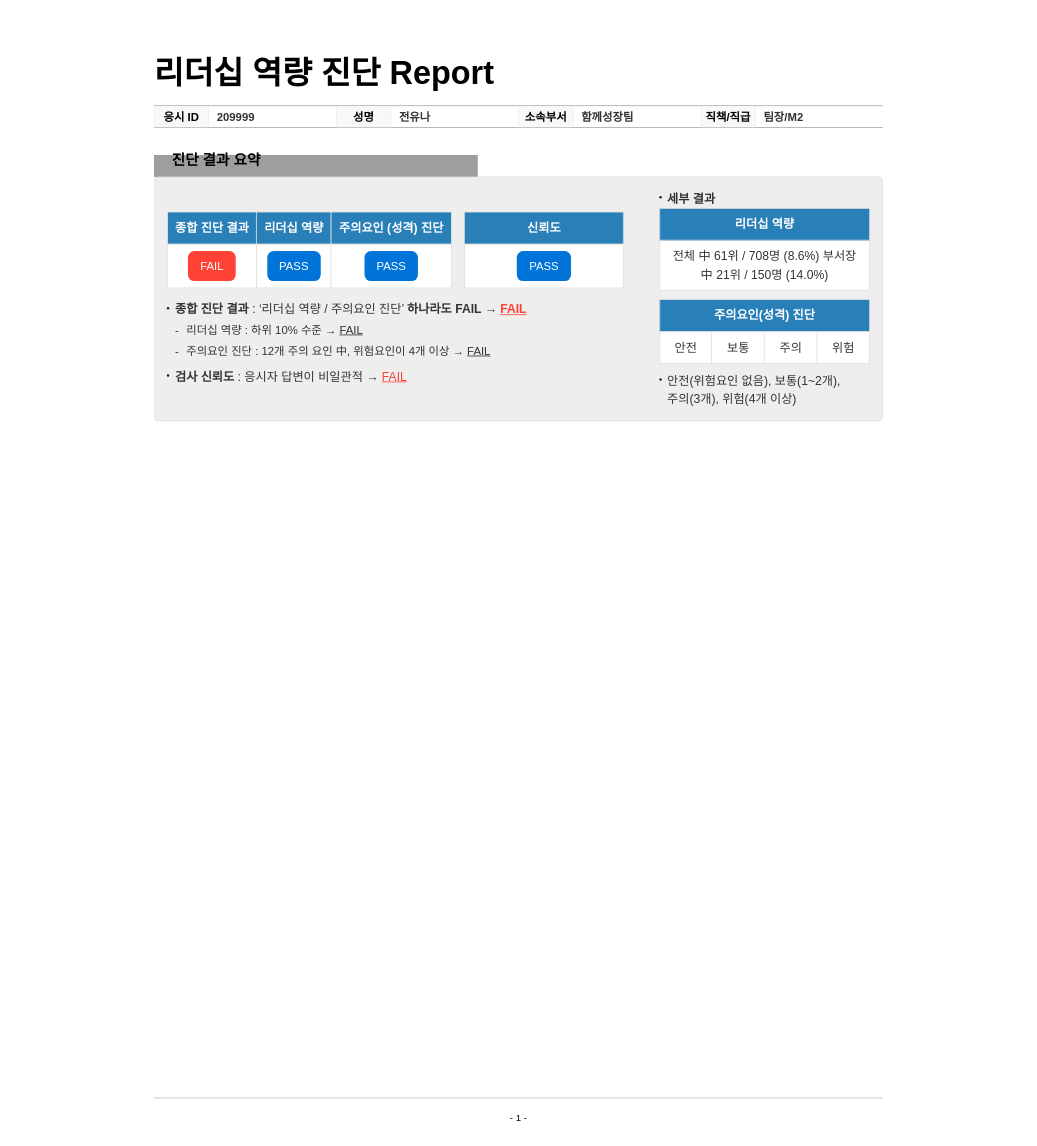
Repository: richosj/report
Page: index.html
An editor plug-in stored every save of this project. The page is shown before and after the next save, followed by the edit.
The browser window is 1280 px wide. The pictures show the whole page, at 81% of full size.
Pictures or frames that could not be fetched are drawn as grey boxes. Some web fonts or font styles are not loaded; a fallback is used. The style sheet was rebuilt from its Sass, Less or Tailwind sources for each picture, by a compiler version that may differ from the author's.

Above is the page before, as saved 2024-09-21 22:12:28.

### index.html
<!DOCTYPE html>
<!-- saved from url=(0068)https://hrms.wiselection.com/tools/project/write/personal_report.asp -->
<html xmlns="http://www.w3.org/1999/xhtml"><head><meta http-equiv="Content-Type" content="text/html; charset=UTF-8">

<meta http-equiv="Content-Script-Type" content="text/javascript">
<meta http-equiv="Content-Style-Type" content="text/css">
<title>개인레포트</title>
<link rel="stylesheet" href="https://cdn.jsdelivr.net/gh/orioncactus/pretendard/dist/web/static/pretendard.css" />
<link rel="stylesheet" href="./assets/default.css">
<link rel="stylesheet" href="./assets/common.css">
<link rel="stylesheet" href="./assets/style.css">
<script src="./assets/jquery.min.js"></script>
<script src="./assets/tools.common.js"></script>
<script src="./assets/waitMe.min.js"></script>
<script src="./assets/highcharts.js"></script>
<script src="./assets/highcharts-more.js"></script>
<script src="./assets/exporting.js"></script>
</head>
<body>
<div id="wrap">
    <!-- page 1 Start -->
    <div id="page_layout" data-page="1page">
        <div class="page_in">
            <header class="header" id="header">
                <div class="header_tit">
                    <h1 class="page_title">리더십 역량 진단 Report</h1>
                </div>
                <div class="header_infor">
					<dl><dt>응시 ID</dt><dd class="al_left">209999</dd></dl>
					<dl><dt>성명</dt><dd class="al_left">전유나</dd></dl>
					<dl><dt>소속부서</dt><dd class="al_left">함께성장팀</dd></dl>
					<dl><dt>직책/직급</dt><dd class="al_left">팀장/M2</dd></dl>
  				</div>
            </header>
            <!-- header -->
            <div id="container">
                <div class="section">
                    <h2 class="page_title2">진단 결과 요약</h2>

                    <div class="alert-bg alert-bg-gray page1-content1">
                        <div class="child1">
                            <div class="child1-1">
                                <table class="simple-table">
                                    <thead>
                                        <tr>
                                            <th>종합 진단 결과</th>
                                            <th>리더십 역량</th>
                                            <th>주의요인 (성격) 진단</th>
                                        </tr>
                                    </thead>
                                    <tbody>
                                        <tr>
                                            <td>
                                                <span class="badge badge-danger">FAIL</span>
                                            </td>
                                            <td>
                                                <span class="badge badge-primary">PASS</span>
                                            </td>
                                            <td>
                                                <span class="badge badge-primary">PASS</span>
                                            </td>
                                        </tr>
                                    </tbody>
                                </table>
                            </div>
                            <div class="child1-2">
                                <table class="simple-table">
                                    <thead>
                                        <tr>
                                            <th>신뢰도</th>
                                        </tr>
                                    </thead>
                                    <tbody>
                                        <tr>
                                            <td>
                                                <span class="badge badge-primary">PASS</span>
                                            </td>
                                        </tr>
                                    </tbody>
                                </table>
                            </div>

                            <div class="child1-3">
                                <ul class="list-round">
                                    <li><b>종합 진단 결과</b> : ‘리더십 역량 / 주의요인 진단’ <b>하나라도 FAIL → <span class="u color-danger">FAIL</span></b>
                                        <ul class="list-dash">
                                            <li>리더십 역량 : 하위 10% 수준 → <span class="u">FAIL</span></li>
                                            <li>주의요인 진단 : 12개 주의 요인 中, 위험요인이 4개 이상 → <span class="u">FAIL</span></li>
                                        </ul>
                                    </li>
                                    <li><b>검사 신뢰도</b> : 응시자 답변이 비일관적 → <span class="u color-danger">FAIL</span></li>
                                </ul>
                            </div>

                        </div>
                        <div class="child2">
                            <h3 class="page-title3">세부 결과</h3>
                            <table class="simple-table">
                                <thead>
                                    <tr>
                                        <th>리더십 역량</th>
                                    </tr>
                                </thead>
                                <tbody>
                                    <tr>
                                        <td>
                                            전체 中 61위 / 708명 (8.6%)
                                        부서장 中 21위 / 150명 (14.0%)
                                        </td>
                                    </tr>
                                </tbody>
                            </table>

                            <table class="simple-table mt-10">
                                <thead>
                                    <tr>
                                        <th colspan="4">주의요인(성격) 진단</th>
                                    </tr>
                                </thead>
                                <tbody>
                                    <tr>
                                        <td>안전</td>
                                        <td class="active">보통</td>
                                        <td>주의</td>
                                        <td>위험</td>
                                    </tr>
                                </tbody>
                            </table>
                            <ul class="list-round mt-10">
                               <li>안전(위험요인 없음), 보통(1~2개), <br>주의(3개), 위험(4개 이상)</li>
                            </ul>
                        </div>
                    </div>

                </div>

            </div>
            <!-- container -->
            <div id="footer">
                <p>- 1 -</p>
            </div>
            <!-- page -->
        </div>
    </div>
    <!-- e: page_layout -->
</div>
<!-- e: wrap -->
</body>
</html>

### assets/default.css
@charset "utf-8";


/* defalut */
html, body, address, blockquote, div, dl, form, h1, h2, h3, h4, h5, h6, ol, p, pre, table, ul,
dd, dt, li, tbody, td, tfoot, th, thead, tr, button, del, ins, map, object,
a, abbr, acronym, b, bdo, big, br, cite, code, dfn, em, i, img, kbd, q, samp, small, span,
strong, sub, sup, tt, var, legend, fieldset {margin:0;padding:0;font-family:"Pretendard", Malgun Gothic,'malgun',"돋움",Dotum,Arial,sans-serif;}

dl,ul,li {list-style:none;line-height: 100%;}
img {/*max-width:100%;*/height:auto;vertical-align:top;border:0 none;}
table {border-collapse:collapse;border-spacing:0;}
caption {width:0px;height:0px;line-height:0;overflow:hidden;font-size:0px;visibility:hidden;}
fieldset {border:0 none;}

a {color:#333;text-decoration:none;}
a:hover {text-decoration:none;}
button {border:0 none;background:none;cursor:pointer;}

html,body {line-height:150%;font-size:14px;font-family: "Pretendard", Malgun Gothic,'malgun',"돋움",Dotum,Arial,sans-serif;color:#333;letter-spacing:0em;}

table,input,textarea,select,legend {
	font-family:"Pretendard", Malgun Gothic,'malgun',"돋움",Dotum,Arial,sans-serif;
	font-size:12px;color:#333;
}
pre {
	font-family:"Pretendard", Malgun Gothic,'malgun',"돋움",Dotum,Arial,sans-serif;
	font-size:14px;color:#333;
}
code {font:inherit;}
* { box-sizing: border-box; }

### assets/style.scss
@import url("./custom.css");

$primary: #0074d9;
$danger: #ff4136;
$gap: 15px;



.u{
    text-decoration: underline;
}

.color-danger{
    color: $danger;
}


/*  배경 */
.alert-bg{
    border-radius: 5px;
    padding: 15px;
    border: 1px solid #ddd;
    &-gray{
        background-color: #eee;
    }
}

.badge{
    display: inline-flex;
    align-items: center;
    justify-content: center;
    height: 37px;
    padding: 0 15px;
    border-radius: 8px;
    color: #fff;
    font-size: 14px;
    font-weight: 500;
    &-danger{
        background-color: $danger;
    }
    &-primary{
        background-color: $primary;
    }
}


table.simple-table {
    width: 100%;
    border-collapse: collapse;
    background-color: #fff;
}

table.simple-table th, table.simple-table td {
    border: 1px solid #ddd;
    padding: 8px;
    text-align: center;
    font-size: 15px;
}

table.simple-table th {
    background-color: #2980B9;
    color: white;
    font-size: 15px;
}

table.simple-table tr:nth-child(even) {
    background-color: #f2f2f2;
}
table.modern-table {
    width: 100%;
    border-collapse: collapse;
    box-shadow: 0 2px 5px rgba(0,0,0,0.15);
}

table.modern-table th, table.modern-table td {
    padding: 12px;
    border-bottom: 1px solid #ddd;
}

table.modern-table th {
    background-color: #34495E;
    color: white;
    font-weight: bold;
}

table.modern-table tr:nth-child(even) {
    background-color: #f9f9f9;
}


table.minimal-table {
    width: 100%;
    border: none;
    border-spacing: 0;
}

table.minimal-table th, table.minimal-table td {
    padding: 10px;
    text-align: left;
}

table.minimal-table tr:nth-child(even) {
    background-color: #f2f2f2;
}

table.minimal-table th {
    border-bottom: 2px solid #2980B9;
    font-size: 1.1rem;
}

.page-title3{
    position: relative;
    padding-left: 10px;
    line-height: 1.5;
    font-size: 15px;
    &::after{
        content:"";
        display: block;
        position: absolute;
        width: 3px;height: 3px;
        background-color: #1a1919;
        border-radius: 50%;
        left: 0;
        top: 8px;
    }
}

.list-round{
    > li{
        position: relative;
        padding-left: 10px;
        line-height: 1.5;
        font-size: 15px;
        &::after{
            content:"";
            display: block;
            position: absolute;
            width: 3px;height: 3px;
            background-color: #1a1919;
            border-radius: 50%;
            left: 0;
            top: 8px;
        }
        &:not(:first-child){
            margin-top: 10px;
        }
        .list-dash{
            margin-top: 4px;
        }
    }
}
.list-dash{
    > li{
        line-height: 1.5;
        position: relative;
        font-size: 14px;
        padding-left: 14px;
        &::after{
            content:"-";
            display: block;
            position: absolute;
            left: 0;
            top: 0;
        }
        &:not(:first-child){
            margin-top: 5px;
        }
    }
}

/* .page1-content1 */
.page1-content1{
    display: flex;
    align-items: center;
    justify-content: space-between;
    gap: 0 5%;
    .child1{
        display: flex;
        align-items: flex-start;
        gap: $gap;
        width: 65%;
        flex-wrap: wrap;
        .child1-1{
            width: calc(65% - $gap);
        }
        .child1-2{
            width: 35%;
        }
        .child1-3{
            width: 100%;
        }
    }
    .child2{
        width: 30%;
    }
}

### assets/custom.scss

.header_infor dl{
    dt{
        background-color: #f8f8f8;
        border-left: 1px solid #eee;
        border-right: 1px solid #eee;
    }
    dd{
        padding-left: 10px;
    }
}

.mt-10{margin-top: 10px;}

Loaded but not shown: assets/jquery.min.js (library); assets/waitMe.min.js (library); assets/highcharts.js (library); assets/highcharts-more.js (library); assets/exporting.js (library); assets/tools.common.js (1277 lines, source omitted); assets/common.css (849 lines, source omitted)

After the next save:
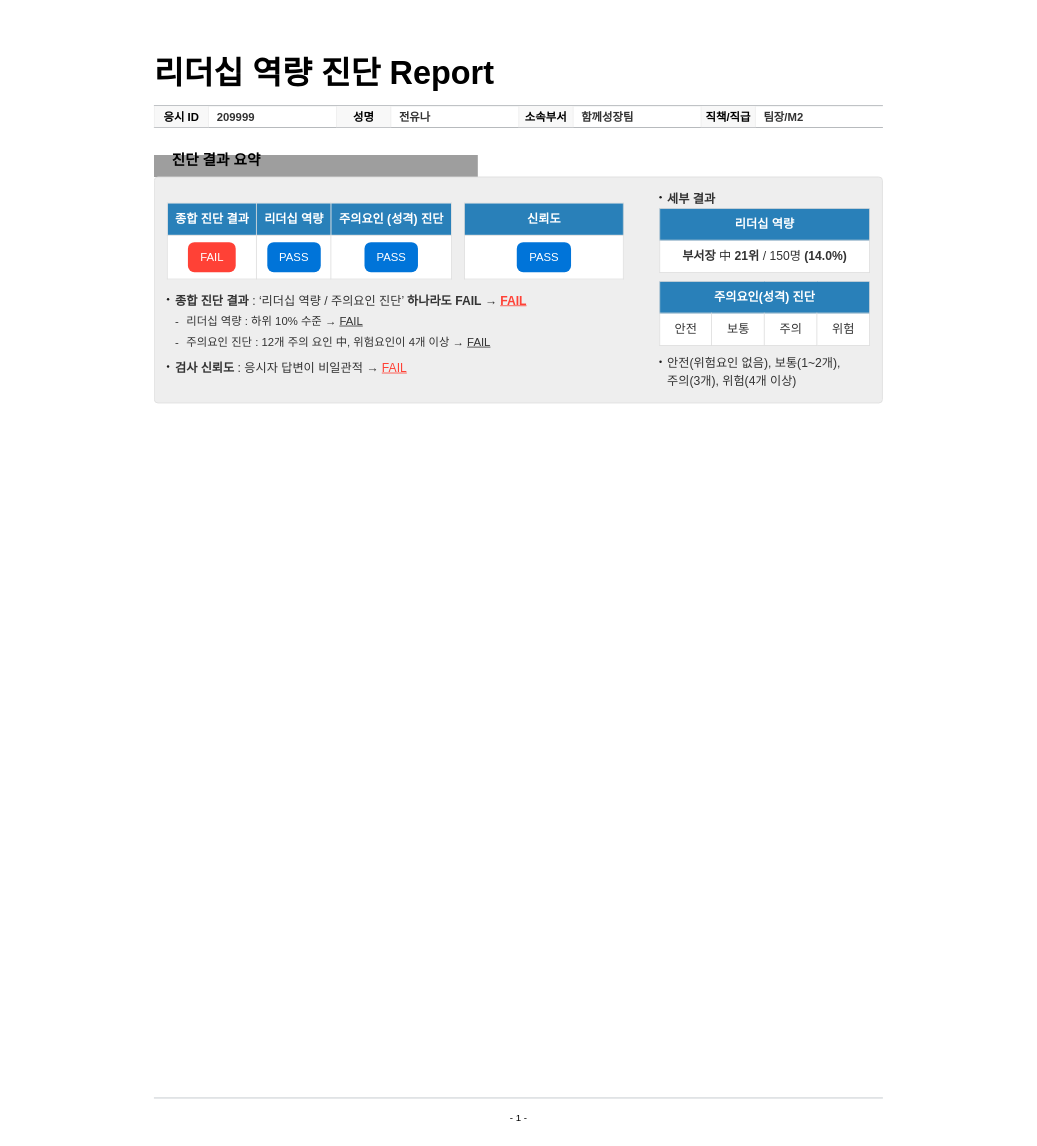
Saved 3 min 0 s later.
--- a/index.html
+++ b/index.html
@@ -104,8 +104,11 @@
                                 <tbody>
                                     <tr>
                                         <td>
-                                            전체 中 61위 / 708명 (8.6%)
-                                        부서장 中 21위 / 150명 (14.0%)
+                                            <div class="rank-wraps">
+                                                <b class="position">부서장</b>
+                                                中
+                                                <b>21위</b> / 150명 <b>(14.0%)</b>
+                                            </div>
                                         </td>
                                     </tr>
                                 </tbody>

After the save that followed:
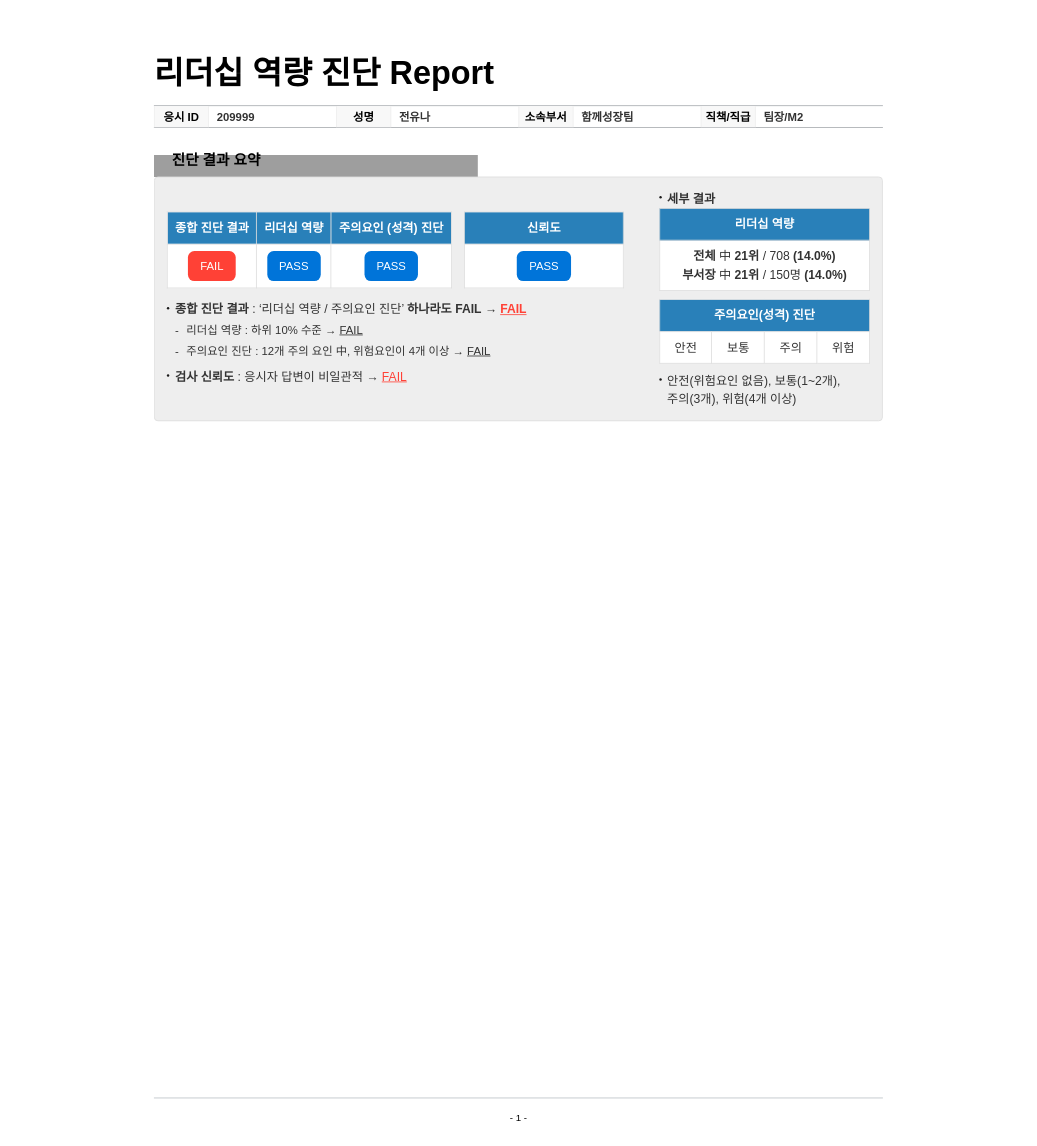
Saved 78 s later.
--- a/index.html
+++ b/index.html
@@ -105,6 +105,11 @@
                                     <tr>
                                         <td>
                                             <div class="rank-wraps">
+                                                <b class="position">전체</b>
+                                                中
+                                                <b>21위</b> / 708 <b>(14.0%)</b>
+                                            </div>
+                                            <div class="rank-wraps"></div>
                                                 <b class="position">부서장</b>
                                                 中
                                                 <b>21위</b> / 150명 <b>(14.0%)</b>
